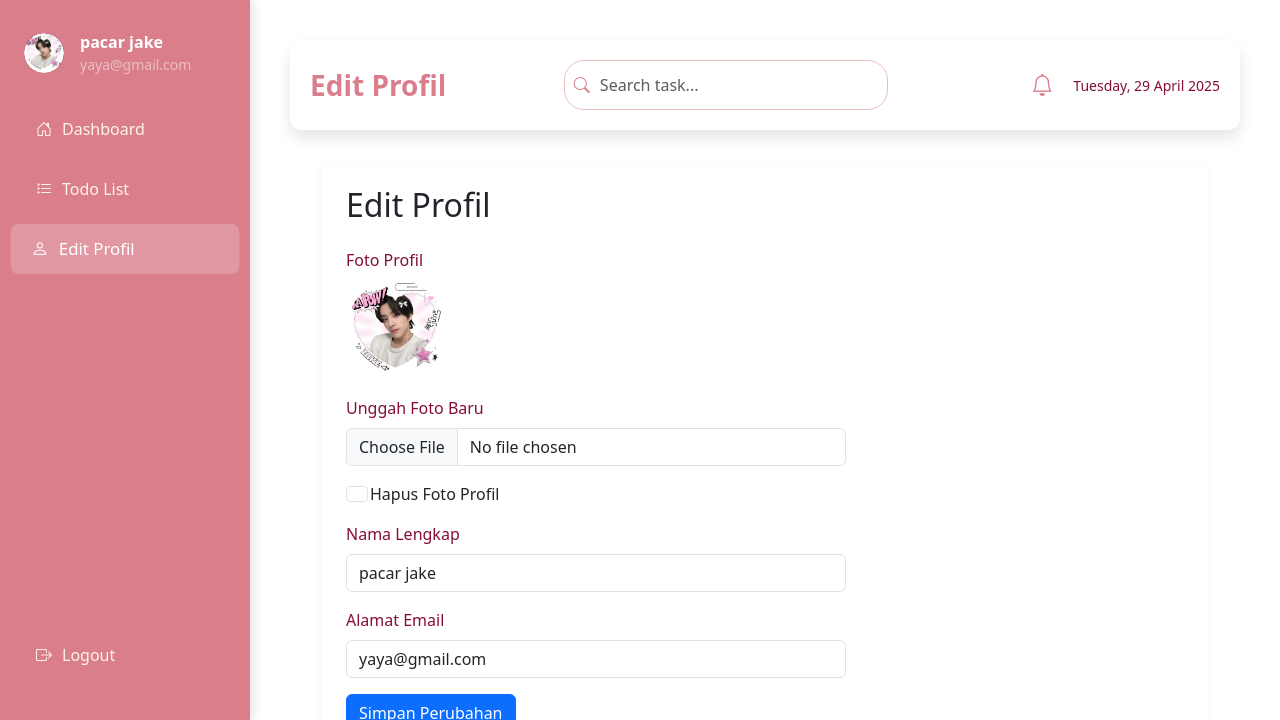
Repository: zhr-nabila/FloTime
Page: http://localhost/profile.php
These files come from the project's save history. The page is drawn as it stood at one moment and after the next save; the edit follows.
The browser window is 1280 px wide. The pictures show the whole page.
An inner scrolling area shows only its first screen. The page is run by PHP 8.4 with error messages shown; the project is at /var/www/html/. The session is filled in as if someone had signed in: {"email": "yaya@gmail.com", "status": "login", "user_id": 2}. The database holds what the project's SQL file puts in it.

Above is the page before, as saved 2025-04-30 20:28:02.

After the next save:
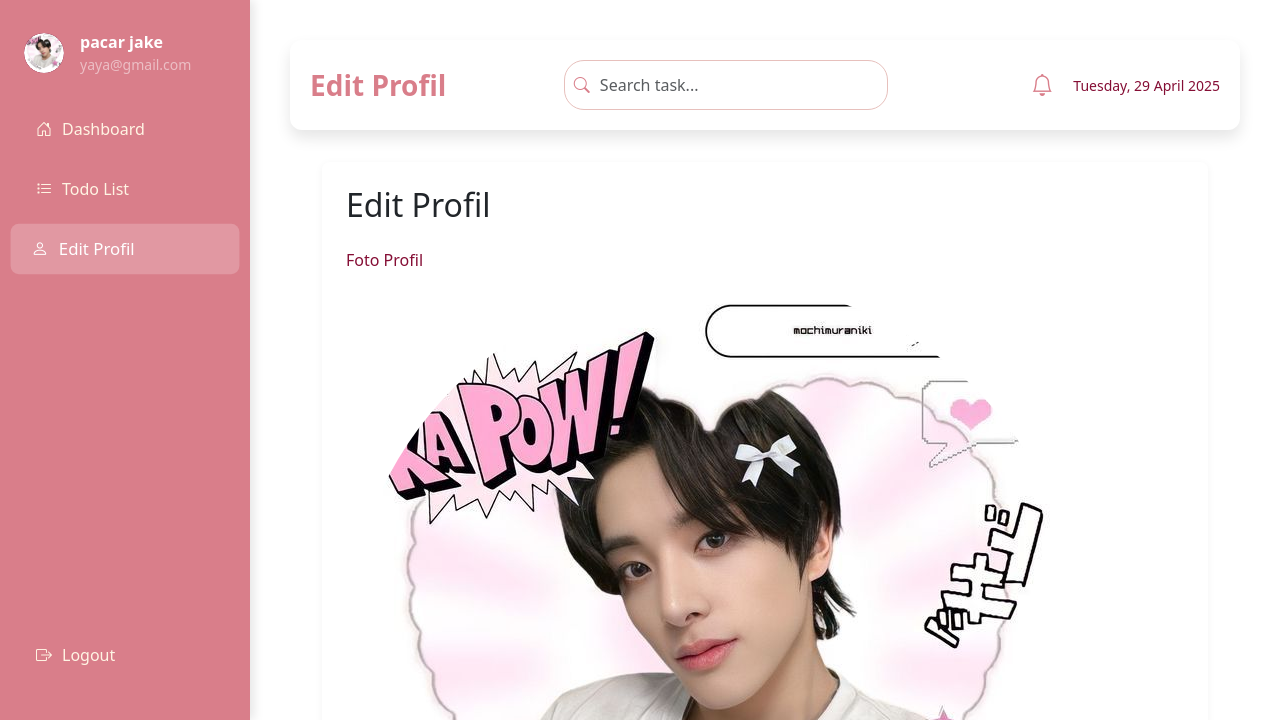
Saved 43 s later.
--- a/profile.php
+++ b/profile.php
@@ -81,7 +81,7 @@ if ($_SERVER["REQUEST_METHOD"] == "POST") {
             <div class="mb-3">
                 <label class="form-label">Foto Profil</label><br>
                 <?php if ($user['photo']) : ?>
-                    <img src="uploads/<?= htmlspecialchars($user['photo']) ?>" alt="Foto" class="rounded-circle" width="100" height="100">
+                    <img src="uploads/<?= htmlspecialchars($user['photo']) ?>" alt="Foto" class="rounded-circle">
                 <?php else : ?>
                     <div class="user-avatar-lg">
                         <?= strtoupper(substr($user['name'] ?: $user['email'], 0, 1)) ?>
